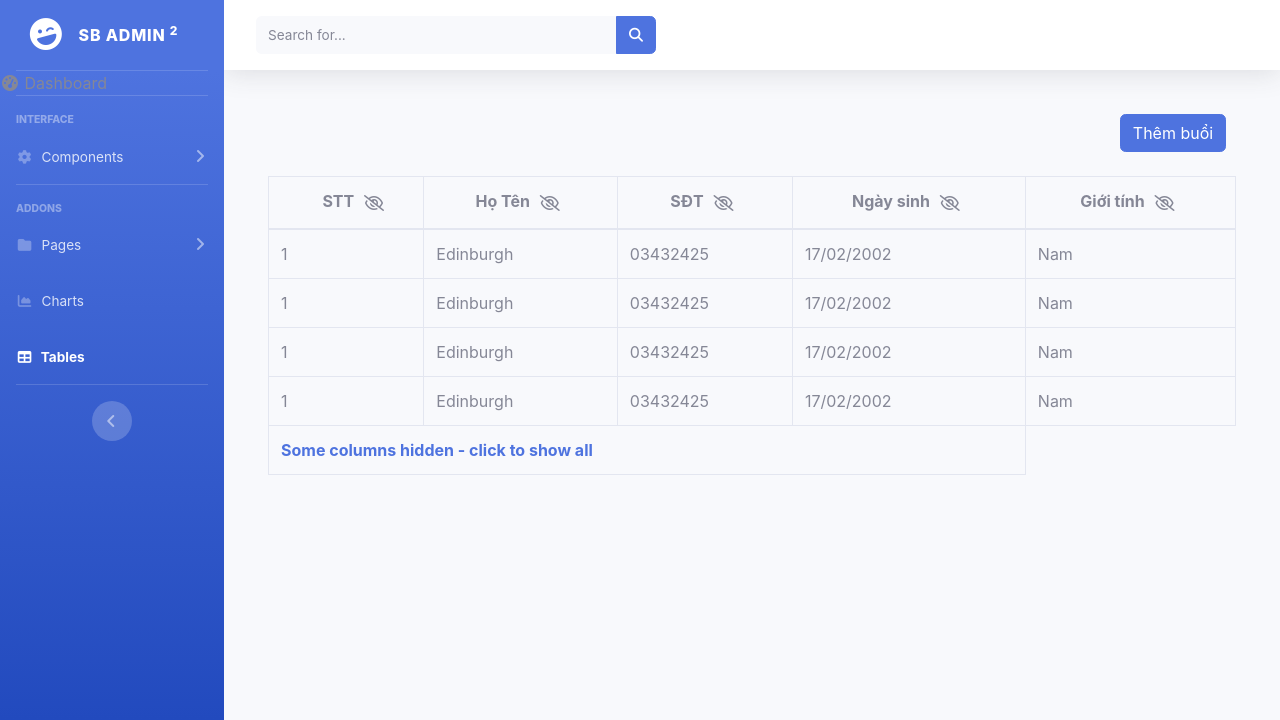
Repository: huyennvo/WebCiTEdu
Page: index.html
These files come from the project's save history. The page is drawn as it stood at one moment and after the next save; the edit follows.
The browser window is 1280 px wide. The pictures show the whole page.
Some web libraries are served in a nearby version.

Above is the page before, as saved 2022-07-30 09:31:51.

After the next save:
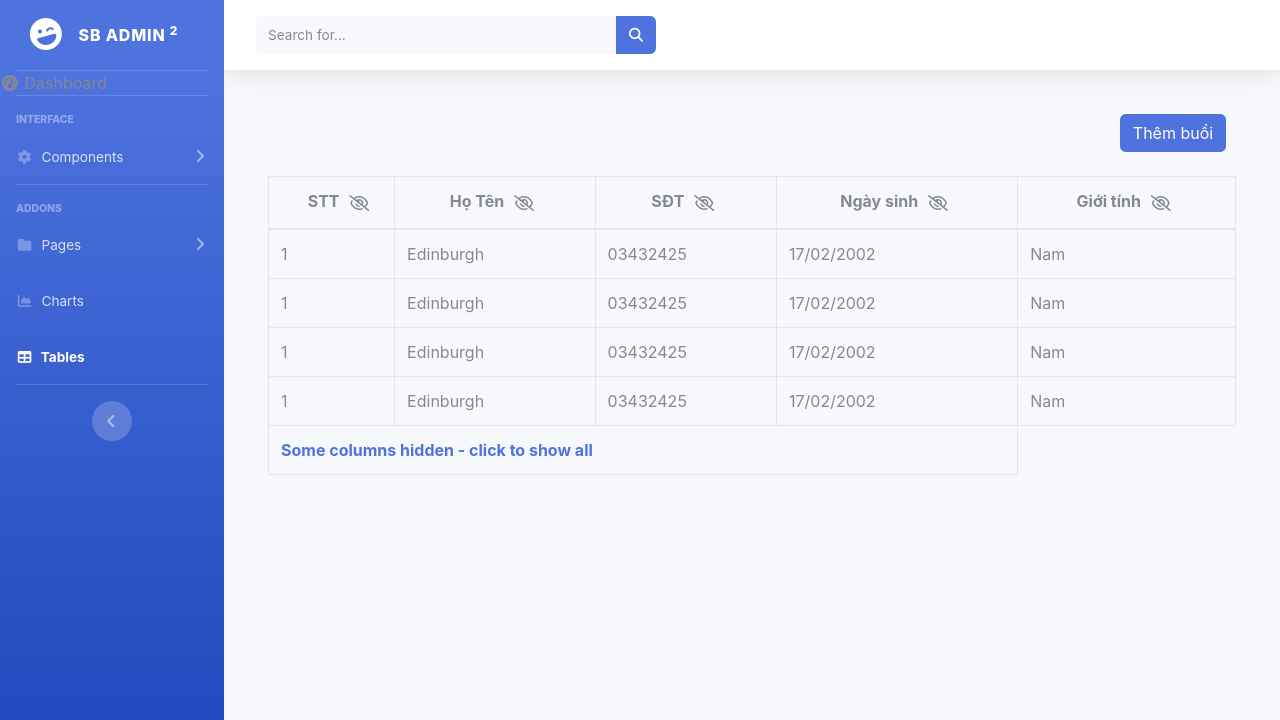
Saved 15 s later.
--- a/index.html
+++ b/index.html
@@ -199,7 +199,7 @@
                                     <tr id="row1">
                                         <th>
                                             STT
-                                            <button style="max-width: 5%;" class="pull-right btn btn-default btn-condensed hide-column" data-toggle="tooltip" data-placement="bottom" title="Ẩn cột">
+                                            <button style="max-width: 8px;" class="pull-right btn btn-default btn-condensed hide-column" data-toggle="tooltip" data-placement="bottom" title="Ẩn cột">
           <i class="fa fa-eye-slash"></i>
         </button>
                                         </th>

After the save that followed:
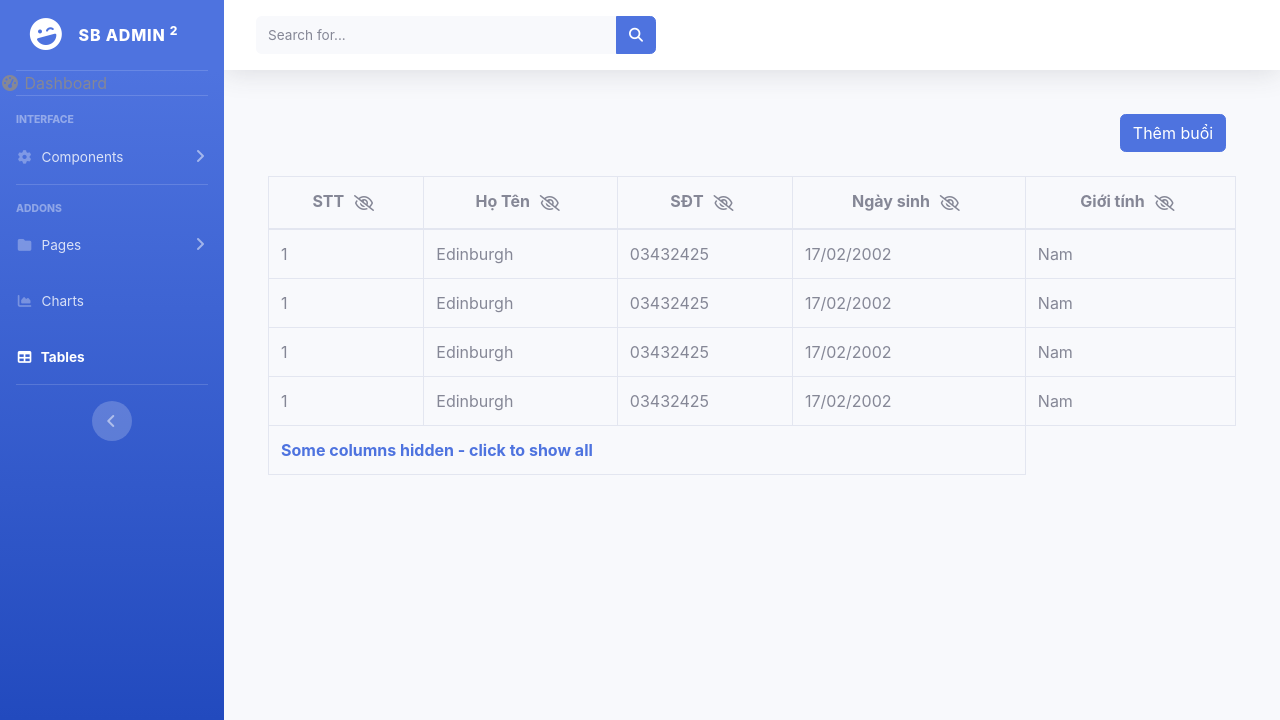
Saved 16 s later.
--- a/index.html
+++ b/index.html
@@ -199,7 +199,7 @@
                                     <tr id="row1">
                                         <th>
                                             STT
-                                            <button style="max-width: 8px;" class="pull-right btn btn-default btn-condensed hide-column" data-toggle="tooltip" data-placement="bottom" title="Ẩn cột">
+                                            <button style="max-width: 8vw;" class="pull-right btn btn-default btn-condensed hide-column" data-toggle="tooltip" data-placement="bottom" title="Ẩn cột">
           <i class="fa fa-eye-slash"></i>
         </button>
                                         </th>
